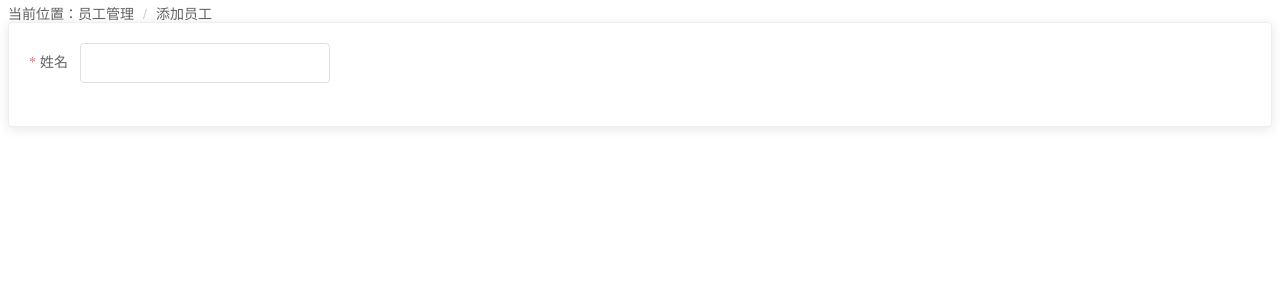
Repository: YUNjwyao/vue_hrm
Page: /#/addEmployee
These files come from the project's save history. The page is drawn as it stood at one moment and after the next save; the edit follows.
The browser window is 1280 px wide. The pictures show the whole page.
The project was rebuilt for these pictures with package versions that can differ from the ones it lists, and the page was loaded fresh each time. Also part of the build but not shown: src/components/Employee/EmployeeQuery.vue.

Above is the page before, as saved 2020-10-15 20:06:38.

After the next save:
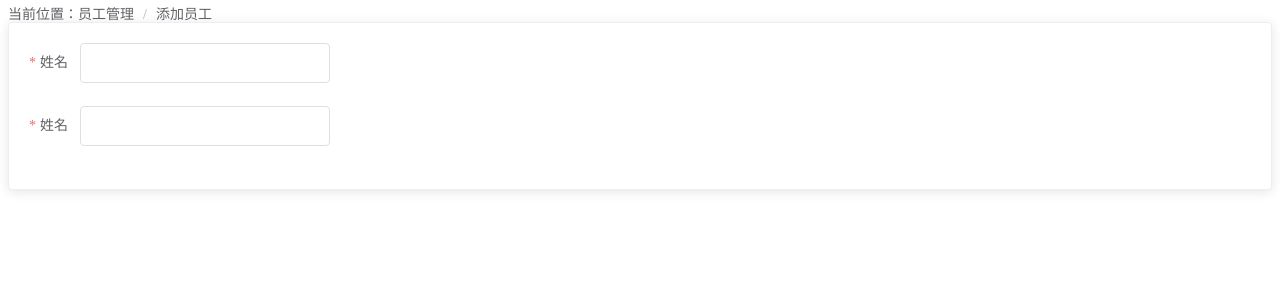
Saved 49 s later.
--- a/src/components/Employee/ShowAddEmployee.vue
+++ b/src/components/Employee/ShowAddEmployee.vue
@@ -12,9 +12,15 @@
         :rules="addFormRules"
         ref="addFormRef"
       >
-        <el-form-item label="姓名" prop="name">
+	  <el-row>
+		  <el-form-item label="姓名" prop="name">
           <el-input v-model="addForm.name"></el-input>
         </el-form-item>
+		 <el-form-item label="姓名" prop="name">
+          <el-input v-model="addForm.name"></el-input>
+        </el-form-item>
+	  </el-row>
+
       </el-form>
     </el-card>
   </div>
